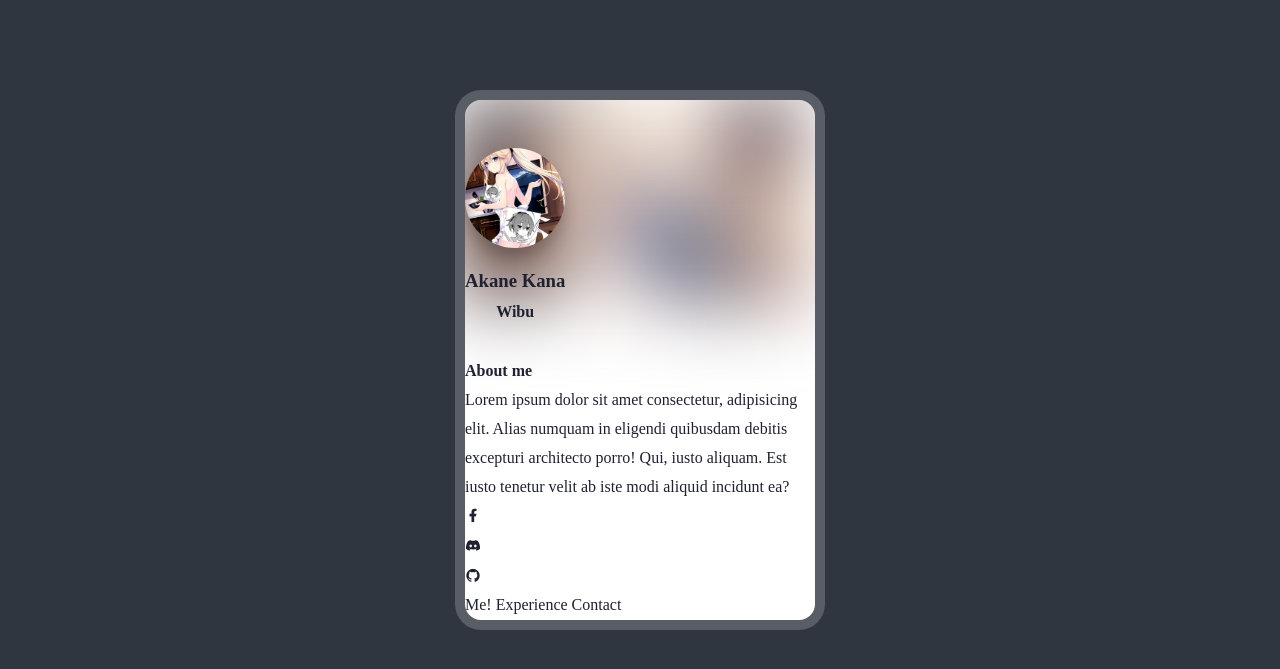
Repository: AkaneKana/AkaneKana
Page: index.html
These files come from the project's save history. The page is drawn as it stood at one moment and after a run of saves; the edit follows.
The browser window is 1280 px wide. The pictures show the whole page.
Some web fonts or font styles are not loaded; a fallback is used. Some web libraries are served in a nearby version.

Above is the page before, as saved 2023-05-19 15:26:46.

After the next 4 saves:
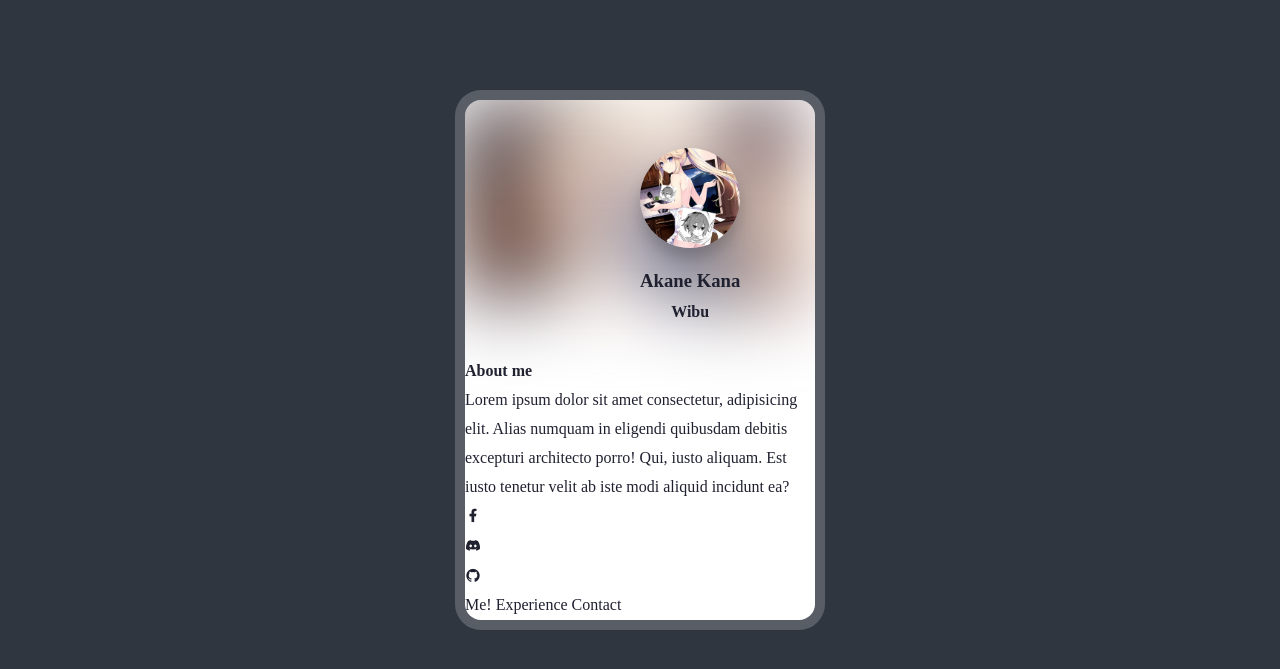
The 4 saves are shown as one change because they came seconds apart.
The last was saved 11 s later.
--- a/style.css
+++ b/style.css
@@ -84,7 +84,8 @@
 
 .card header > * {
   position: relative;
-  left: ;
+  left: 50%;
+  transform: translateX();
 }
 
 .card header .meta {
